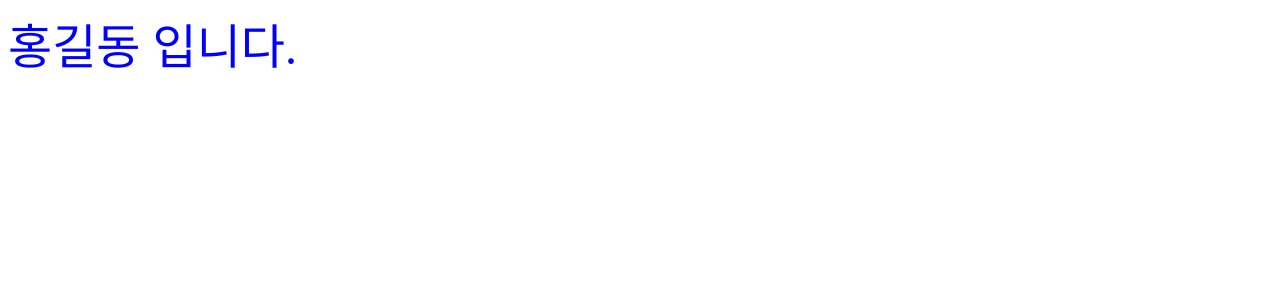
Repository: hb6700/client
Page: ClientTest/src/main/webapp/html/ex03_basic.html
An editor plug-in stored every save of this project. The page is shown before and after the next save, followed by the edit.
The browser window is 1280 px wide. The pictures show the whole page.

Above is the page before, as saved 2023-09-19 06:20:06.

### ClientTest/src/main/webapp/html/ex03_basic.html
<!DOCTYPE html>
<html>
	<head>
		<meta charset="UTF-8">
		<title>ex03_basic</title>
	</head>
	<body>
		<!--
		HTML언어 구성 요소
		1. 태그(Tag), 엘리먼트(Element)
			- 예약어(명령어)를 <>로 묶어 놓은 요소
			- 출력될 웹 페이지의 골격 형성
				- 레이아웃 형성
				- 요소를 배치
			- 출력과 관계된 행동을 한다.

			1.1 태그 표현 방식
				a. <태그명> 내용물 영역 어떤 무언가 하고싶은 이야기 </태그명>
					- 쌍태그
					- <태그명> : 시작태그
					- </태그명> : 끝태그
					- 영역을 가지는 태그
				b. <태그명>, <태그명></태그명>, <태그명 />
					- 단독태그, 빈태그(empty tag)
					- 영역을 가지지 않는 태그
			1.2 태그 내용물 형식(Content Type)
				- <태그명> 내용물 </태그명>
				a. 자식태그
					- 또 다른 태그들이 내용물로 올 수 있다.
					- 문자열은 올 수 없다.
				b. PCDATA(Parsed Character Data > 문자열)
					- 문자열만 올 수 있다.
					- 자식태그는 올 수 없다.
				c. Empty
					- 아무것도 가지지 않는다.
					- 단독태그, 빈태그
				d. Mixed
					- 혼합형
					- 자식으로 태그와 문자열이 모두 올 수 있다.
					- a + b + c
					- HTML태그 대부분이 혼합형이다.
		2. 속성(Attribute)
			- 태그의 성질을 정의하는 요소
			- 태그가 가지는 데이터의 한 종류
			- 용도 : 태그의 성질을 정의하는 데이터
		3. 텍스트(PCDATA)
			- 태그가 가지는 데이터의 한 종류
			- 용도 : 화면에 출력하는 데이터


		4. 엔티티(Entity)
		5. 주석(Comment)
		6. 선언문(Declare)
		7. 외부요소
		8. 등…
		-->

		<font size = 15 color = blue > 홍길동 입니다.</font>
	</body>
</html>

After the next save:
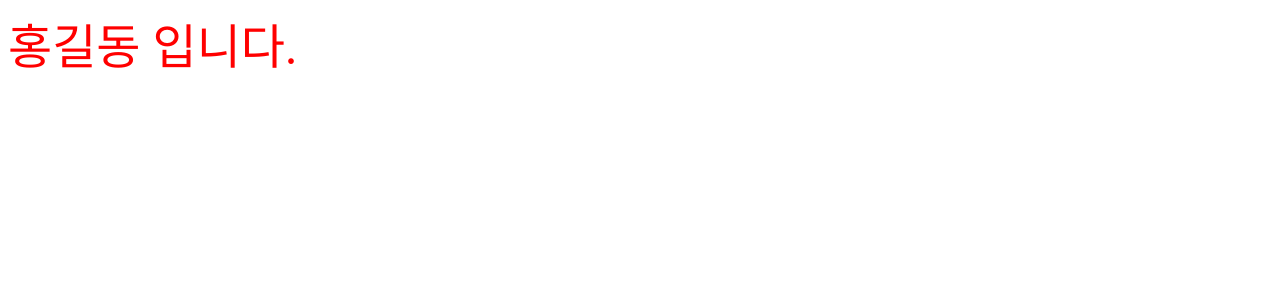
Saved 42 s later.
--- a/ClientTest/src/main/webapp/html/ex03_basic.html
+++ b/ClientTest/src/main/webapp/html/ex03_basic.html
@@ -55,6 +55,6 @@
 		8. 등…
 		-->
 
-		<font size = 15 color = blue > 홍길동 입니다.</font>
+		<font size = "7" color = "red" > 홍길동 입니다.</font>
 	</body>
 </html>
